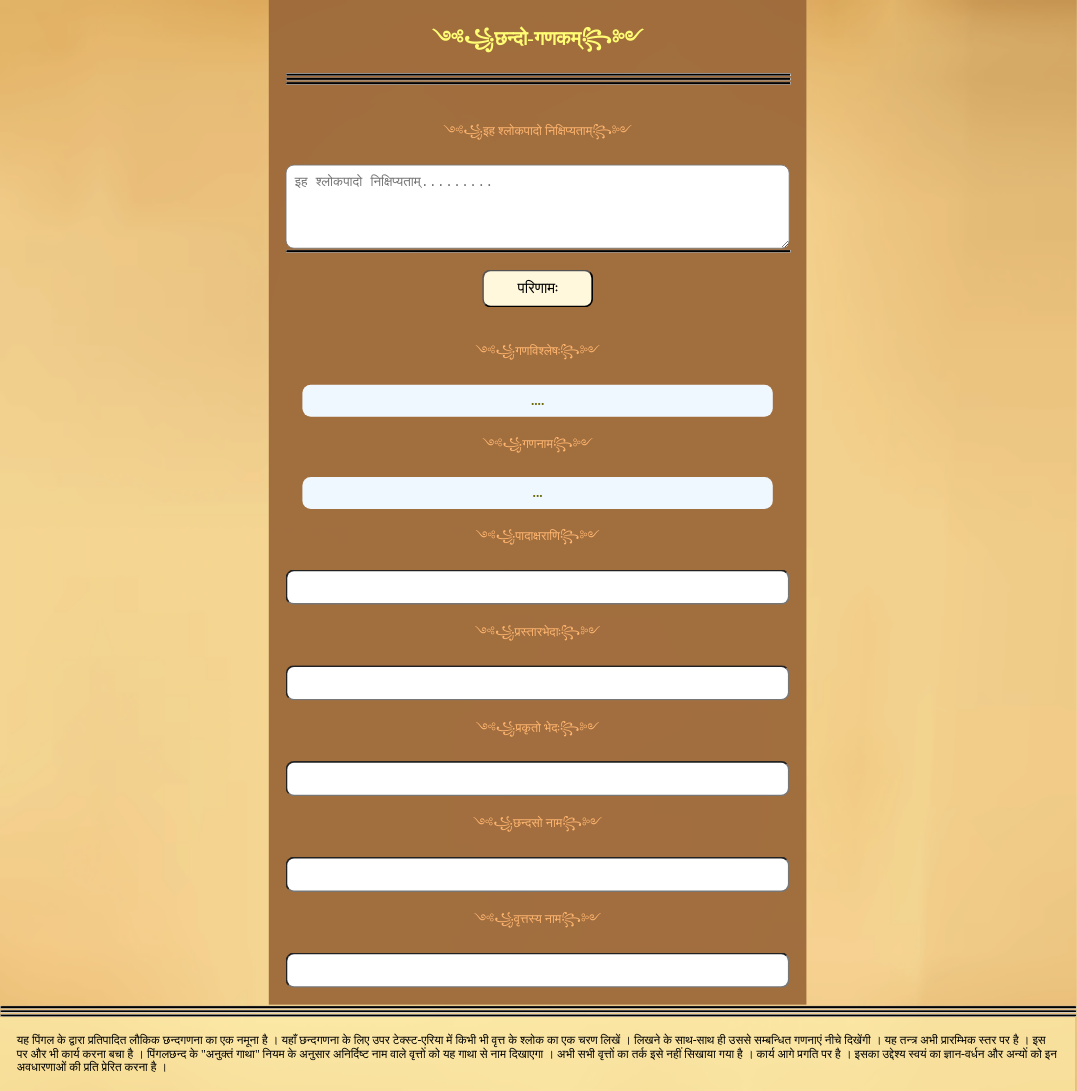
Repository: arshavak/pingala_chhand_shastram
Page: index.html
An editor plug-in stored every save of this project. The page is shown before and after the next save, followed by the edit.
The browser window is 1280 px wide. The page is 1282 px wide, so the pictures cover 1282 px, including what lies to the right of the window. The pictures show the whole page, at 84% of full size.

Above is the page before, as saved 2024-10-20 16:48:18.

After the next save:
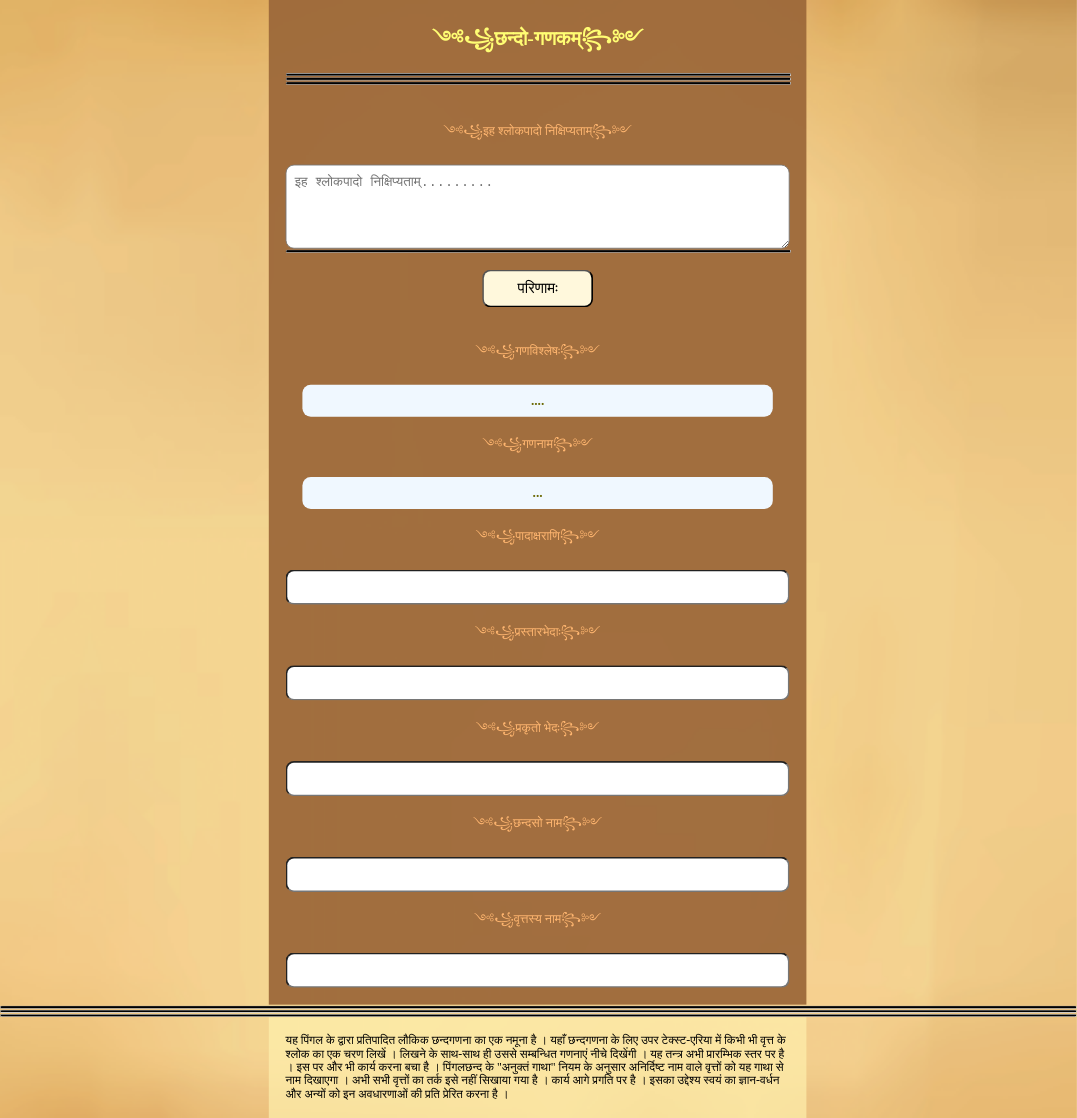
Saved 92 s later.
--- a/style.css
+++ b/style.css
@@ -71,6 +71,8 @@ input{
 /* color: rgb(2, 98, 98); */
 padding: 20px;
 font-size: 14px;
+max-width: 600px;
+  margin: auto;
 }
 
 #falani{
